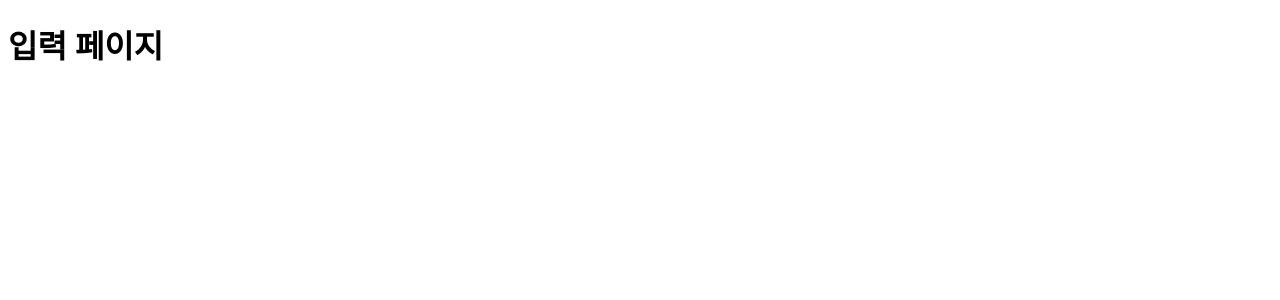
Repository: ljh5973/labweb
Page: http://localhost/JSP03/03_form.jsp
The author's editor kept a copy of each file at every save. The page is drawn from the files as they stood at one save, then again after the next save.
The browser window is 1280 px wide. The pictures show the whole page.
The page is served by Tomcat 9.

Above is the page before, as saved 2022-01-10 07:36:37.

After the next save:
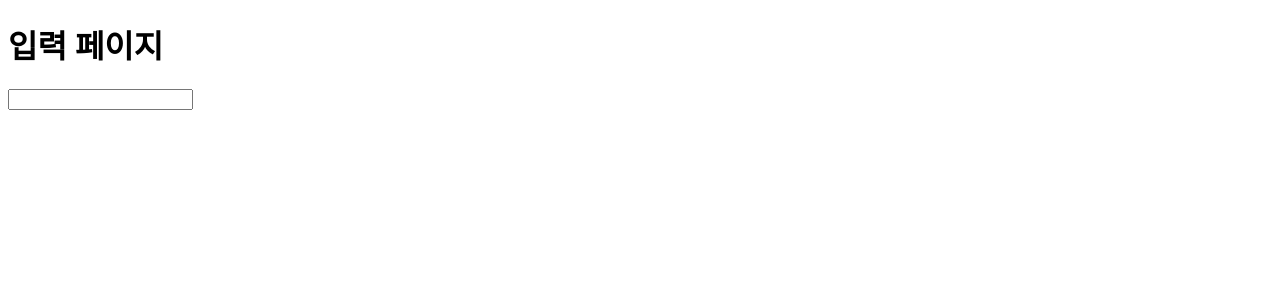
Saved 20 s later.
--- a/JSP03/webapp/03_form.jsp
+++ b/JSP03/webapp/03_form.jsp
@@ -11,7 +11,9 @@
 
 	<h1>입력 페이지</h1>
 
-	<form action="03_result.jsp" method="get"></form>
+	<form action="03_result.jsp" method="get">
+		<input type="text" name="userName">
+	</form>
 
 	</body>
 </html>
